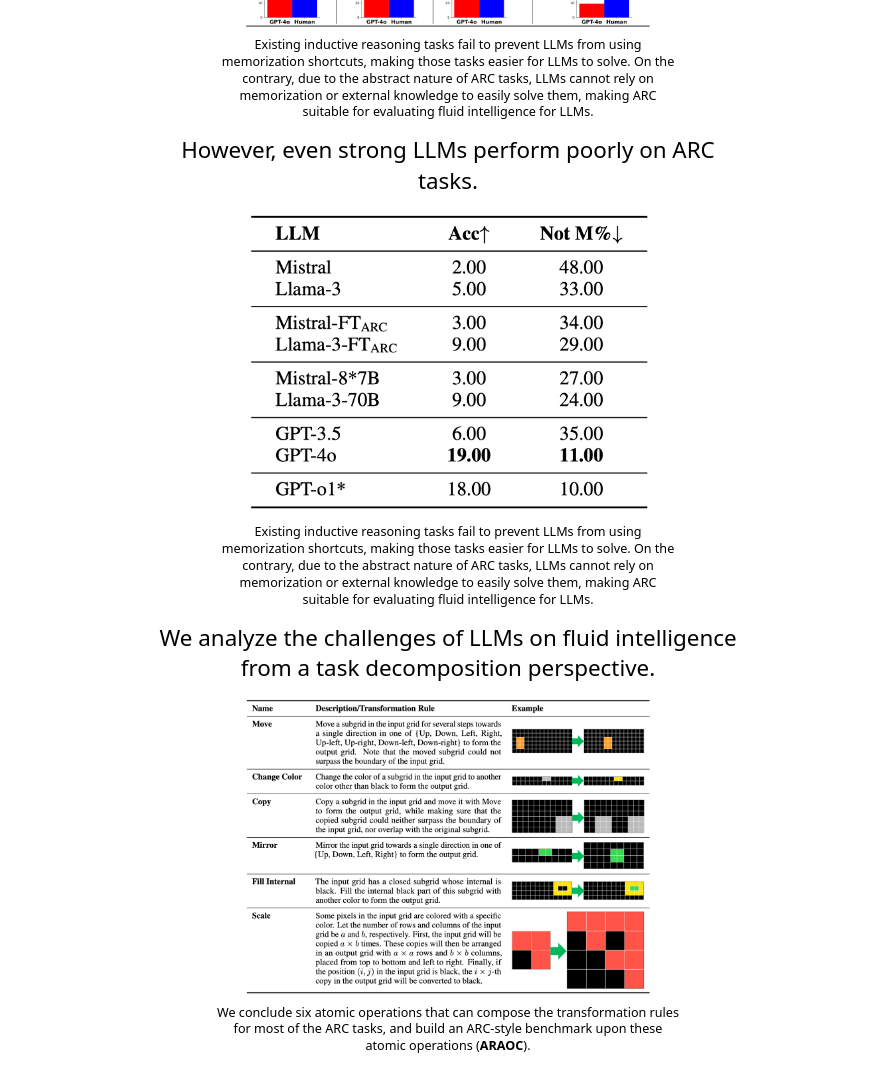
Repository: wujunjie1998/araoc-benchmark.github.io
Page: index.html
The author's editor kept a copy of each file at every save. The page is drawn from the files as they stood at one save, then again after the next save.
The browser window is 1280 px wide. The pictures show the part of the page from y = 1086 to 3006 px (the page is 2641 px tall before and 3006 px after), at 70% of full size.

Above is the page before, as saved 2025-02-07 22:22:22.

### index.html
<html>
  <head>
    <title>
      Understanding LLMs’ Fluid Intelligence Deficiency: An Analysis of the ARC Task
    </title>
    <link
      rel="icon"
      href="data:[embedded picture, 137 characters]"
    />
    <meta charset="UTF-8" />
    <meta name="viewport" content="width=device-width, initial-scale=1" />
    <link rel="stylesheet" href="./css/index.css" />
  </head>

  <body>
    <div class="header">
      <div class="paper-title">
        Understanding LLMs’ Fluid Intelligence Deficiency:
        <br />
        An Analysis of the ARC Task
      </div>
      <div>
        <!-- * Paper -->
        <span class="link-block">
          <a target="_blank" href="./paper.pdf"
            ><img
              class="badge"
              src="https://img.shields.io/badge/Paper-PDF-red?&labelColor=lightgray&logo=arxiv&logoColor=brown" /><img
          /></a>
        </span>
        <!-- * Dataset -->
        <!--
        <span class="link-block">
          <a
            target="_blank"
            href="https://huggingface.co/datasets/ShunchiZhang/PhysiCo/"
            ><img
              class="badge"
              src="https://img.shields.io/badge/HuggingFace-Dataset-yellow?labelColor=lightgray&logo=huggingface" /><img
          /></a>
        </span>
        -->

        <!-- * Code -->
         <!--
        <span class="link-block">
          <a target="_blank" href="https://github.com/physico-benchmark/physico"
            ><img
              class="badge"
              src="https://img.shields.io/badge/GitHub-Code-gray?labelColor=lightgray&logo=github&logoColor=gray" /><img /></a
        ></span>
        -->
        <!-- * Leaderboard -->
        <!--
        <span class="link-block">
          <a href="./leaderboard.html"
            ><img
              class="badge"
              src="https://img.shields.io/badge/Leaderboard-Visit-blue?labelColor=lightgray&logo=stackblitz&logoColor=367BAF" /><img /></a
        ></span>
        -->
        <!-- * X Threads -->
        <!--
        <span class="link-block">
          <a href="https://x.com/jieeijjie/status/1876713099752861782"
            ><img
              class="badge"
              src="https://img.shields.io/badge/Threads-black?labelColor=lightgray&logo=x&logoColor=gray" /><img /></a
        ></span>
        -->

      </div>
      <div>
        <div class="author-list">
          <span class="author-block"
            ><a href="https://wujunjie1998.github.io/">Junjie Wu</a
            ><sup>1</sup></span
          >
          <span class="author-block"
            ><a href="https://sites.google.com/site/moyunlp/">Mo Yu</a
            ><sup>2</sup></span
          >
          <span class="author-block"
            ><a href="https://lemaoliu.github.io">Lemao Liu</a
            ><sup>2</sup></span
          >
          <span class="author-block"
            ><a href="https://sites.google.com/view/dyyeung">Dit-Yan Yeung</a
            ><sup>1</sup></span
          >
          <span class="author-block"
            ><a href="https://openreview.net/profile?id=~Jie_Zhou8">Jie Zhou</a
            ><sup>2</sup></span
          >
        </div>
        <div class="inst-list">
          <span class="institution-block"><sup>1</sup> Hong Kong University of Science and Technology</span>
          <span class="institution-block"><sup>2</sup> WeChat AI</span>
        </div>
      </div>
    </div>
    <!--
    <div class="teaser">
      <center>
        <img src="./img/teaser.png" />
        <figcaption>
          Illustration of a "Stochastic Parrot 🦜" by our
          <span class="dataset-name">PhysiCo</span> task consisting of both
          <b style="color: #a47b48">low-level</b> and
          <b style="color: #153cf9">high-level</b> subtasks in parallel. For a
          concept <i>Gravity</i>, an LLM can generate its accurate description
          in natural language, but cannot interpret its grid-format
          illustration.
        </figcaption>
      </center>
    </div>
  -->
    <hr />

    <!-- ^ Summary of Our Research -->
    <center><h1>Summary of Our Research</h1></center>
    <div class="content">
      <!-- <p style="font-size: large; text-align: center">
        <b>TL;DR:</b>
      </p> -->
      <p>
        While LLMs have exhibited strong performance on various NLP tasks, it is noteworthy that most of these tasks rely on utilizing the vast amount of knowledge encoded in LLMs’ parameters, rather than solving new problems without prior knowledge. In cognitive research, the latter ability is referred to as <strong>fluid intelligence</strong>, which is considered to be critical for assessing human intelligence. Recent research on fluid intelligence assessments has highlighted significant deficiencies in LLMs’ abilities. In this paper, we analyze the challenges LLMs face in demonstrating fluid intelligence through controlled experiments, using the most representative ARC task as an example. Our study revealed three major limitations in existing LLMs:
      </p>
      <ol>
        <li>limited ability for skill composition;</li>
        <li>
          unfamiliarity with abstract input formats;
        </li>
        <li>
          the intrinsic deficiency of left-to-right decoding.
        </li>
      </ol>
    </div>


    <!-- ^ Our Studies and Findings -->
    <center><h1>The Abstraction and Reasoning Challenge (ARC) is suitable for evaluating fluid intelligence for LLMs.</h1></center>
    <div class="content">
      <!-- <p>Foo Bar</p> -->
      <center>
        <img src="./img/fluid1.png" width="70%" />
        <figcaption style="text-align: center">
          Existing inductive reasoning tasks fail to prevent LLMs from using memorization shortcuts, making those tasks easier for LLMs to solve. On the contrary, due to the abstract nature of ARC tasks, LLMs cannot rely on memorization or external knowledge to easily solve them, making ARC suitable for evaluating fluid intelligence for LLMs.
        </figcaption>
      </center>
    </div>


    <!-- ^ Our Studies and Findings -->
    <center><h1>However, even strong LLMs perform poorly on ARC tasks.</h1></center>
    <div class="content">
      <!-- <p>Foo Bar</p> -->
      <center>
        <img src="./img/fluid2.png" width="70%" />
        <figcaption style="text-align: center">
          Existing inductive reasoning tasks fail to prevent LLMs from using memorization shortcuts, making those tasks easier for LLMs to solve. On the contrary, due to the abstract nature of ARC tasks, LLMs cannot rely on memorization or external knowledge to easily solve them, making ARC suitable for evaluating fluid intelligence for LLMs.
        </figcaption>
      </center>
    </div>

    <!-- ^ Our Studies and Findings -->
    <center><h1>We analyze the challenges of LLMs on fluid intelligence from a task decomposition perspective. </h1></center>
    <div class="content">
      <!-- <p>Foo Bar</p> -->
      <center>
        <img src="./img/fluid3.png" width="70%" />
        <figcaption style="text-align: center">
          We conclude six atomic operations that can compose the transformation rules for most of the ARC tasks, and build an ARC-style benchmark upon these atomic operations (<strong>ARAOC</strong>).
        </figcaption>
      </center>
    </div>

  </body>
</html>

### css/index.css
@import url("https://fonts.googleapis.com/css2?family=Noto+Sans:ital,wght@0,100..900;1,100..900&display=swap");

body {
  font-family: "Noto Sans", sans-serif;
  font-optical-sizing: auto;
  font-style: normal;
  font-variation-settings: "wdth" 100;
  font-weight: 400;
  font-size: 18px;
  margin: 50px auto;
  width: 65%;
}

div.header,
div.teaser,
div.content {
  margin-left: auto;
  margin-right: auto;
}

div.narrower {
  width: 80% !important;
}

div.header div {
  margin: 6px;
  text-align: center;
}

div.teaser img {
  max-width: 60%;
}

.paper-title {
  font-size: 36px;
}

.author-block {
  font-size: 20px;
  margin: 0px 12px;
}

.institution-block {
  font-size: 16px;
  margin: 0px 10px;
}

.note-block {
  color: gray;
  font-size: 16px;
}

.link-block {
  font-size: 24px;
  font-weight: bold;
  margin: 0px 5px;
}

.badge {
  width: auto;
  height: 2vw;
}

.dataset-name {
  font-weight: bold;
  color: #81a526;
}

h1 {
  font-size: 32px;
  font-weight: 300;
}

.disclaimerbox {
  background-color: #eee;
  border: 1px solid #eeeeee;
  border-radius: 10px;
  -moz-border-radius: 10px;
  -webkit-border-radius: 10px;
  padding: 20px;
}

video.header-vid {
  height: 140px;
  border: 1px solid black;
  border-radius: 10px;
  -moz-border-radius: 10px;
  -webkit-border-radius: 10px;
}

figcaption {
  margin: 10px 0px;
  width: 80%;
  text-align: left;
}

img.header-img {
  height: 140px;
  border: 1px solid black;
  border-radius: 10px;
  -moz-border-radius: 10px;
  -webkit-border-radius: 10px;
}

img.rounded {
  border: 1px solid #eeeeee;
  border-radius: 10px;
  -moz-border-radius: 10px;
  -webkit-border-radius: 10px;
}

a:link,
a:visited {
  color: #1367a7;
  text-decoration: none;
}
a:hover {
  color: #208799;
}

td.dl-link {
  height: 160px;
  text-align: center;
  font-size: 22px;
}

.vert-cent {
  position: relative;
  top: 50%;
  transform: translateY(-50%);
}

hr {
  border: 0;
  height: 1px;
  background-image: linear-gradient(
    to right,
    rgba(0, 0, 0, 0),
    rgba(0, 0, 0, 0.75),
    rgba(0, 0, 0, 0)
  );
}

.citation {
  text-align: left;
  font-family: monospace;
  font-size: 8pt;
  text-wrap: auto;
}

@media screen and (max-width: 1120px) {
  body {
    font-size: 16px;
    width: 90%;
  }
  div.teaser img {
    max-width: 100%;
  }
  .paper-title {
    font-size: 26px;
  }
  .author-block,
  .institution-block,
  .note-block {
    font-size: 14px;
  }
  .link-block {
    font-size: 20px;
  }
  .badge {
    width: auto;
    height: 28px;
    margin-top: 3px;
    margin-bottom: 3px;
  }
  h1 {
    font-size: 26px;
  }
}

After the next save:
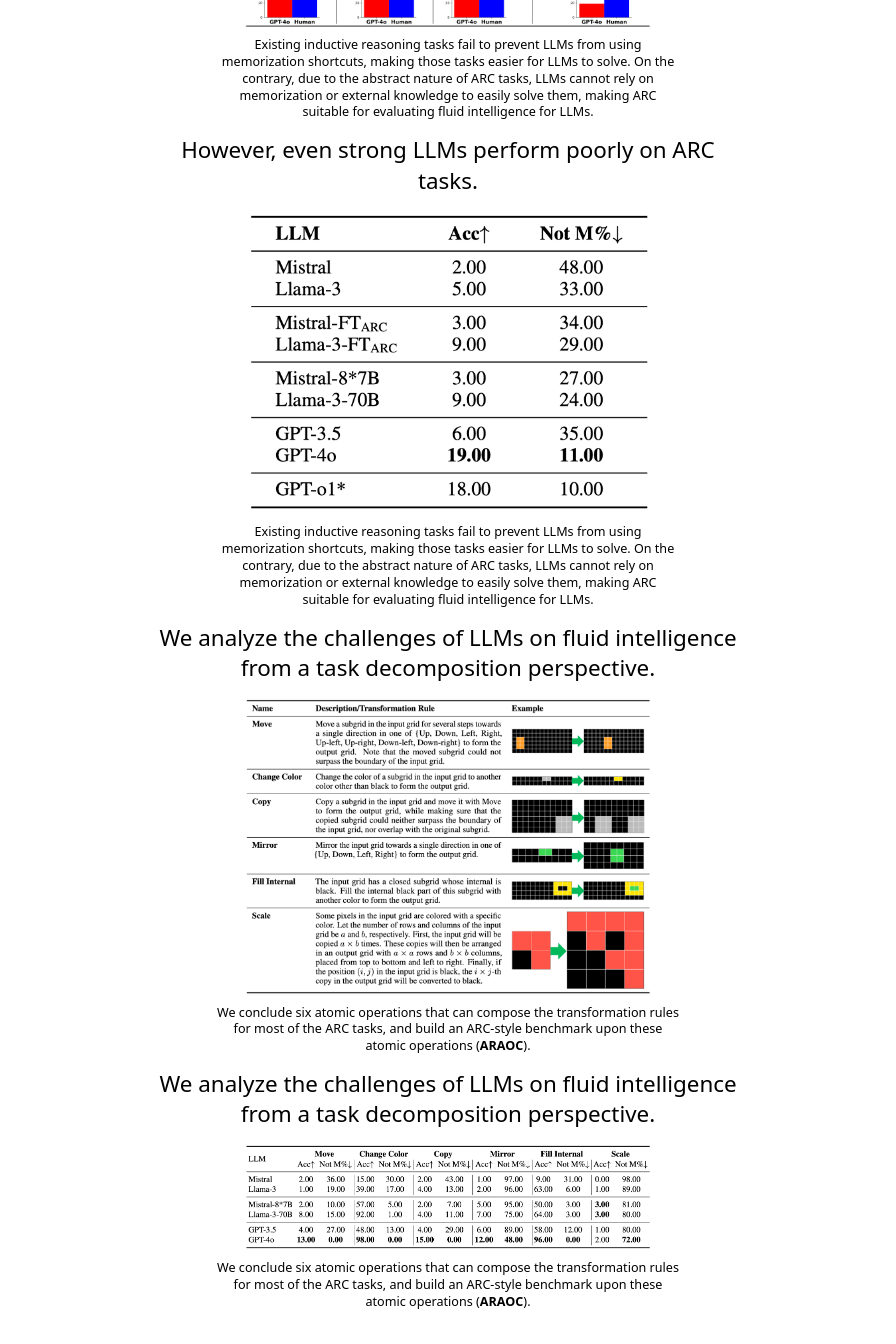
Saved 11 s later.
--- a/index.html
+++ b/index.html
@@ -175,5 +175,17 @@
       </center>
     </div>
 
+    <!-- ^ Our Studies and Findings -->
+    <center><h1>We analyze the challenges of LLMs on fluid intelligence from a task decomposition perspective. </h1></center>
+    <div class="content">
+      <!-- <p>Foo Bar</p> -->
+      <center>
+        <img src="./img/fluid4.png" width="70%" />
+        <figcaption style="text-align: center">
+          We conclude six atomic operations that can compose the transformation rules for most of the ARC tasks, and build an ARC-style benchmark upon these atomic operations (<strong>ARAOC</strong>).
+        </figcaption>
+      </center>
+    </div>
+
   </body>
 </html>
